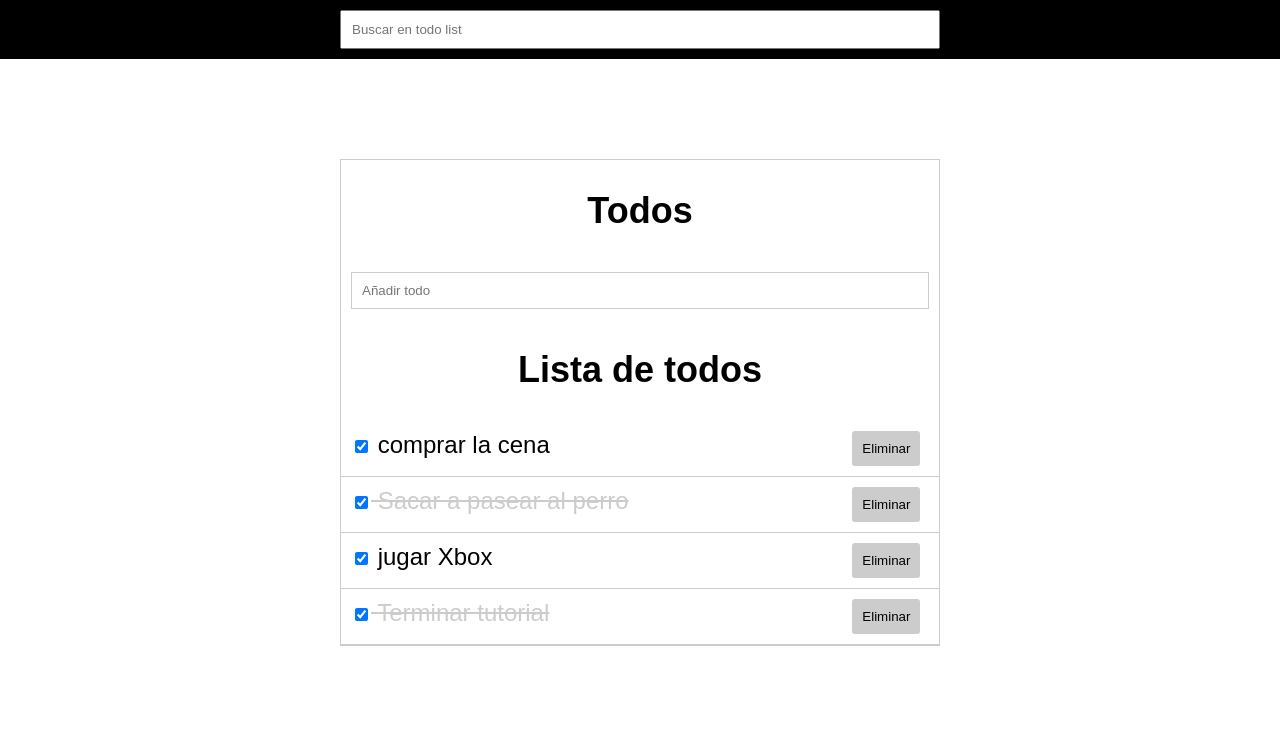
Repository: MauriVaz/Primer-app-con-Vue
Page: /
An editor plug-in stored every save of this project. The page is shown before and after a run of saves, followed by the edit.
The browser window is 1280 px wide. The pictures show the whole page.
The project was rebuilt for these pictures with package versions that can differ from the ones it lists, and the page was loaded fresh each time. Also part of the build but not shown: vue.config.js.

Above is the page before, as saved 2022-12-28 21:58:11.

### public/index.html
<!DOCTYPE html>
<html lang="">
  <head>
    <meta charset="utf-8">
    <meta http-equiv="X-UA-Compatible" content="IE=edge">
    <meta name="viewport" content="width=device-width,initial-scale=1.0">
    <link rel="icon" href="<%= BASE_URL %>favicon.ico">
    <title><%= htmlWebpackPlugin.options.title %></title>
  </head>
  <body>
    <noscript>
      <strong>Por favor activa Javascript</strong>
    </noscript>
    <div id="app"></div>
    <!-- built files will be auto injected -->
  </body>
</html>

### src/App.vue
<template>
  <div>
    <div id="header">
      <Search v-on:query-change="querySearch" />
    </div>

    <div id="main-container">
      <h2>Todos</h2>
      <TodoAdd v-on:add-todo="addTodo"/>
      <Todos v-bind:todoslist="copyTodos" v-on:delete-todo="deleteTodo" />
    </div>
  </div>
</template>

<script>
//import HelloWorld from './components/HelloWorld.vue'
import Search from './components/Search';
import Todos from './components/Todos';
import TodoAdd from './components/TodoAdd';

export default {
  name: 'App',
  components: {
    Todos, TodoAdd, Search
  },
  methods: {
    deleteTodo(id){
      this.todos = this.todos.filter(todo => todo.id != id);
      this.copyTodos = [...this.todos];
    },
    addTodo(todo){
      this.todos.push(todo);
      this.copyTodos = [...this.todos];
    },
    querySearch(query){
      if(query.trim() === ''){
        this.copyTodos = [...this.todos];
      }else{
        const temp = this.todos.filter(todo =>{
          return todo.title.includes(query)
        });

        this.copyTodos = [...temp];
      }
    }
  },
  data(){
    return {
      todos: [
        {
          id: 0,
          title:  'comprar la cena',
          completed: false
        },
        {
         id: 1,
         title: 'Sacar a pasear al perro',
         completed: true
       },
       {
         id: 2,
         title: 'jugar Xbox',
         completed: false
       },
       {
         id: 3,
         title: 'Terminar tutorial',
         completed: true
       }
      ],
      copyTodos: []
    }
  },
  created(){
    this.copyTodos = [...this.todos];
  }
}
</script>

<style>
  *{
    box-sizing: border-box;
  }

  body{
    font-family: Arial, Helvetica, sans-serif;
    font-size: 1.5em;
    padding: 0;
    margin: 0;
  }

  #main-container{
    border: solid 1px #ccc;
    width: 600px;
    margin: 100px auto;
  }

  #header{
    background: black;
    padding: 10px;
  }

  h2{
    padding: 0 10px;
  }
</style>

### src/components/Search.vue
<!-- eslint-disable vue/multi-word-component-names -->
<template>
    <div id="search-container">
        <input type="text" placeholder="Buscar en todo list" v-model="query" v-on:input="$emit('query-change', query)">
    </div>
</template>

<script>
export default {
    // eslint-disable-next-line vue/multi-word-component-names
    name: 'Search',
    data(){
        return {
            query: ''
        }
    }
}
</script>

<style scoped>
    #search-container{
        width: 600px;
        margin: 0 auto;
    }

    input{
        padding: 10px;
        width: 100%;
        outline: none;
    }
</style>

### src/components/Todos.vue
<template>
    <div>
        <h2>Lista de todos</h2>
        <div v-bind:key="todo.id" v-for="todo in todoslist">
            <TodoItem v-bind:todo="todo" v-on:delete-todo="$emit('delete-todo', todo.id)" />
        </div>
    </div>
</template>

<script>
import TodoItem from './TodoItem';

    export default {
        // eslint-disable-next-line vue/multi-word-component-names
        name: 'Todos',
        props: ['todoslist'],
        components:{TodoItem}
    }
</script>

<style>
h2{
    text-align: center;
}
</style>

### src/components/TodoAdd.vue
<template>
    <div id="add-container">
        <form @submit="addTodo">
            <input type="text" placeholder="Añadir todo" v-model="title">
        </form>
    </div>
</template>

<script>
import { uuid } from 'vue-uuid';

export default {
    name: 'TodoAdd',
    data(){
        return {
            title: ''
        }
    },
    methods:{
        addTodo(e){
            e.preventDefault();

            const newTodo = {
                id: uuid.v4(),
                title: this.title,
                completed: false
            };

            this.title = '';
            this.$emit('add-todo', newTodo);
        }
    }
}
</script>

<style scoped>
    #add-container{
        padding: 10px;
    }
    input{
        padding: 10px;
        outline: none;
        border: solid 1px #ccc;
        width: 100%;
    }
</style>

### src/components/TodoItem.vue
<template>
    <div class="todo" v-bind:class="{completed: todo.completed}">
        <div class="todo-body" >
            <input type="checkbox"
                v-bind:checked="todo.completed ? 'checked': ''"
                v-on:change="checkTodo">
            {{todo.title}}
        </div>

        <div class="todo-actions">
            <button @click="$emit('delete-todo', todo.id)">Eliminar</button>
        </div>
    </div>
</template>

<script>
    export default {
        name: 'TodoItem',
        props: ['todo'],
        methods: {
            checkTodo(){
                // eslint-disable-next-line vue/no-mutating-props
                this.todo.completed =! this.todo.completed;
            }
        }
    }
</script>

<style scoped>
    .todo{
        border-bottom: solid 1px #ccc;
        padding: 10px;
    }

    .todo:not(.completed):hover{
        background-color: #eee;
    }

    .completed{
        color: #ccc;
        text-decoration: line-through;
    }
    .completed .todo-body{
        text-decoration: line-through;
    }

    .todo-body, .todo-actions{
        display: inline-block;
        vertical-align: top;
    }

    .todo-body{
        width: 85%;
    }
    .todo-actions{
        padding: 0 10px;
        width: 10%;
    }

    button{
        border: none;
        border-radius: 3px;
        padding: 10px;
        background-color: #ccc;
        color: black;
    }
    button:hover{
        background-color: #da2020;
        color: white;
    }
</style>

Loaded but not shown: src/main.js (common file)

After the next 2 saves:
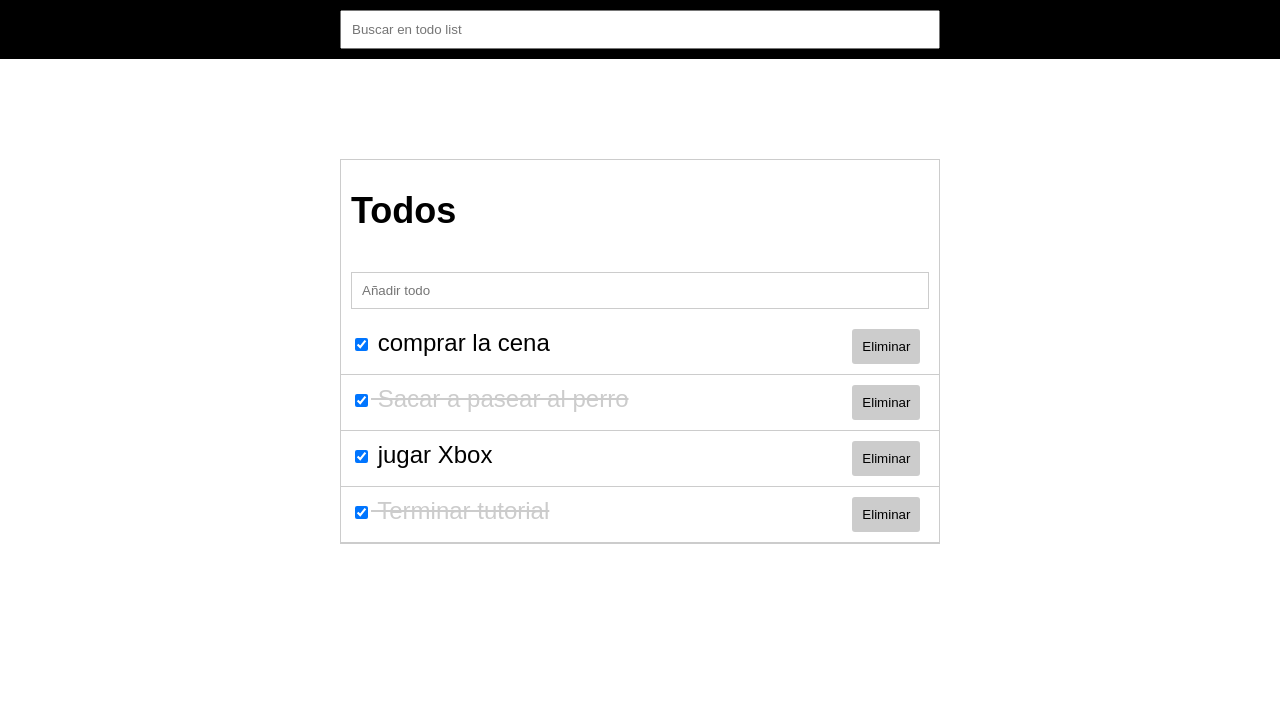
The 2 saves are shown as one change because they came seconds apart.
The last was saved 27 s later.
--- a/src/components/Todos.vue
+++ b/src/components/Todos.vue
@@ -1,6 +1,5 @@
 <template>
     <div>
-        <h2>Lista de todos</h2>
         <div v-bind:key="todo.id" v-for="todo in todoslist">
             <TodoItem v-bind:todo="todo" v-on:delete-todo="$emit('delete-todo', todo.id)" />
         </div>
@@ -19,7 +18,4 @@ import TodoItem from './TodoItem';
 </script>
 
 <style>
-h2{
-    text-align: center;
-}
 </style>
